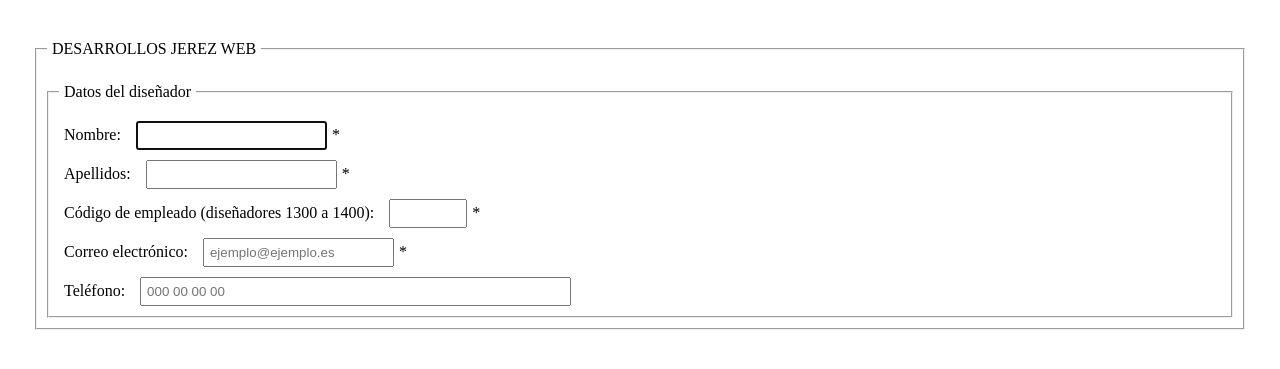
Repository: iSaan86/EV_Practica_FormularioCSS
Page: index.html
An editor plug-in stored every save of this project. The page is shown before and after the next save, followed by the edit.
The browser window is 1280 px wide. The pictures show the whole page.

Above is the page before, as saved 2024-01-11 16:41:14.

After the next save:
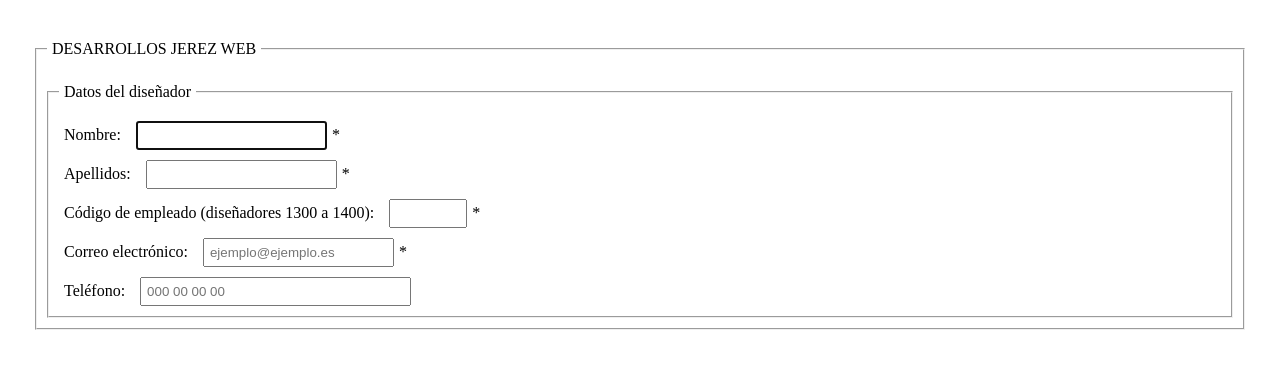
Saved 10 s later.
--- a/index.html
+++ b/index.html
@@ -23,7 +23,7 @@
                 <label for="apellidos">Apellidos:</label><input type="text" id="apellidos" name="apellidos" alt="indique sus apellidos" required minlength="2" maxlength="50">*<br>
                 <label for="codigo">Código de empleado (diseñadores 1300 a 1400):</label><input type="number" id="codigo" name="codigo" alt="indique su código de empleado" required min="1300" max="1400">*<br>
                 <label for="email">Correo electrónico:</label><input type="email" id="email" name="email" alt="indique su email" placeholder="ejemplo@ejemplo.es" required>*<br>
-                <label for="telefono">Teléfono:</label><input type="tel" id="telefono" size="50%" name="telefono"
+                <label for="telefono">Teléfono:</label><input type="tel" id="telefono" size="30%" name="telefono"
                 alt="indique su telefono" placeholder="000 00 00 00" pattern="[0-9]{3} [0-9]{2} [0-9]{2} [0-9]{2}"><br>
             </fieldset>
 
